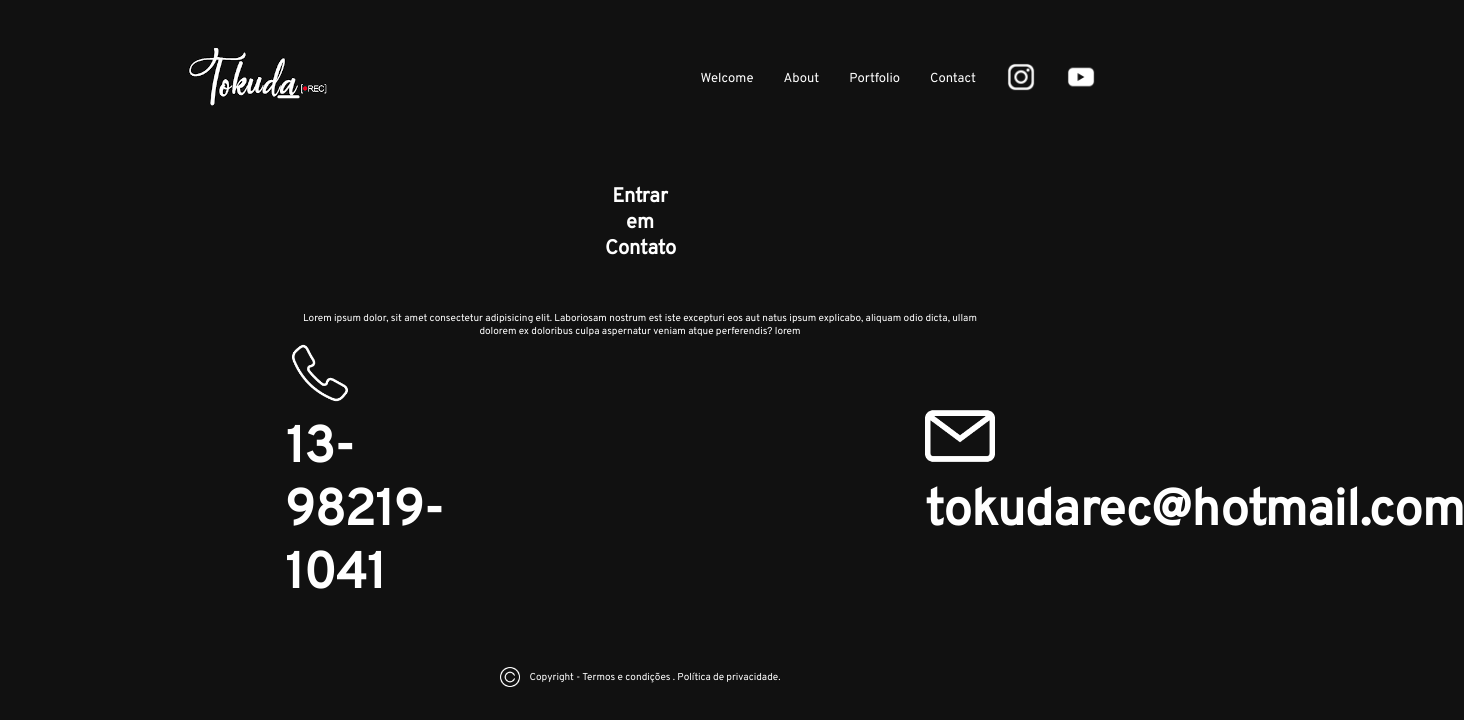
Repository: Lucasbeze/Project-FilmMaker
Page: projeto-alex/pages/contact.html
An editor plug-in stored every save of this project. The page is shown before and after the next save, followed by the edit.
The browser window is 1280 px wide. The page is 1464 px wide, then 1280 px, then 1464 px, so the pictures cover 1464 px, including what lies to the right of the window. The pictures show the whole page.

Above is the page before, as saved 2022-08-26 16:24:46.

After the next save:
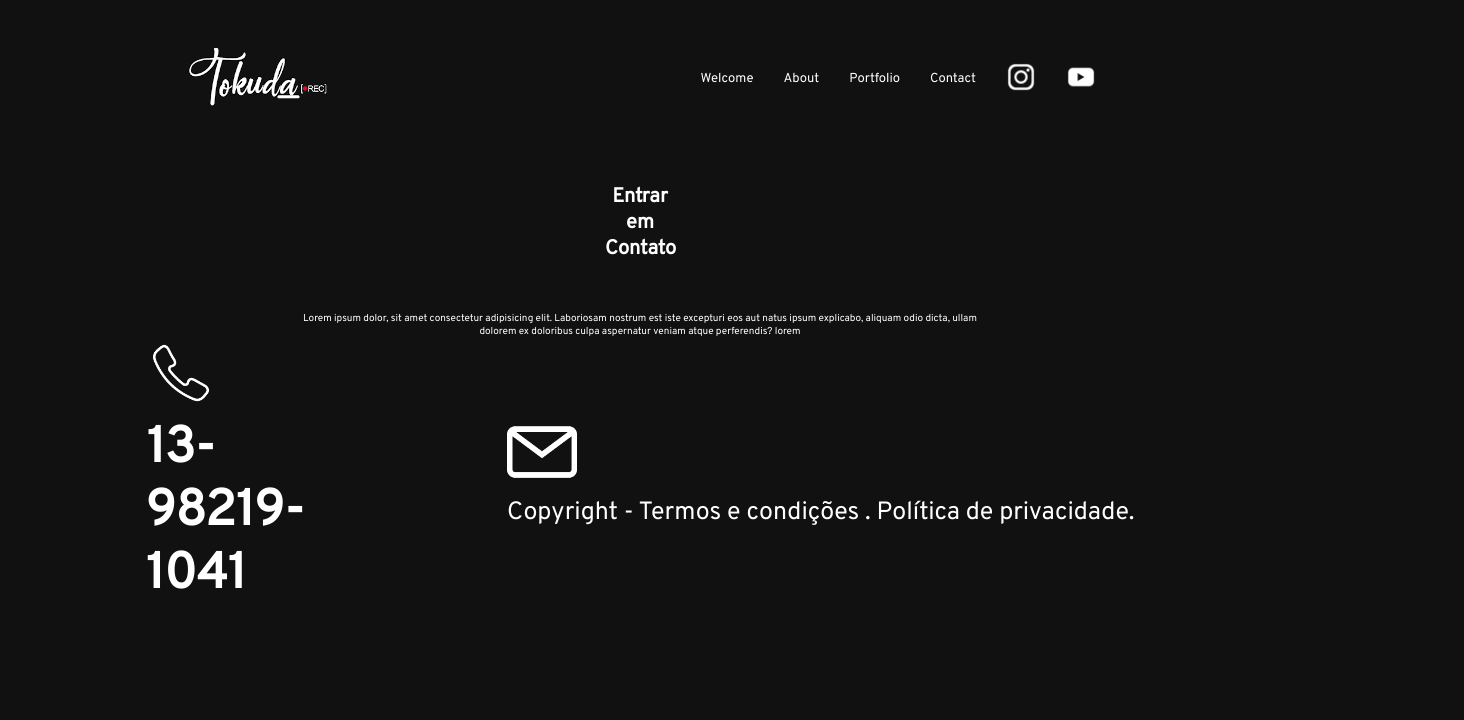
Saved 22 s later.
--- a/projeto-alex/pages/contact.html
+++ b/projeto-alex/pages/contact.html
@@ -34,7 +34,7 @@
       </div>
       <div class="email">
 
-        <img src="../imagens/o-email.png" alt="">
+        <img src="../imagens/o-email.png" alt="icone-email>
 
         <h1>tokudarec@hotmail.com</h1>
       </div>

After the save that followed:
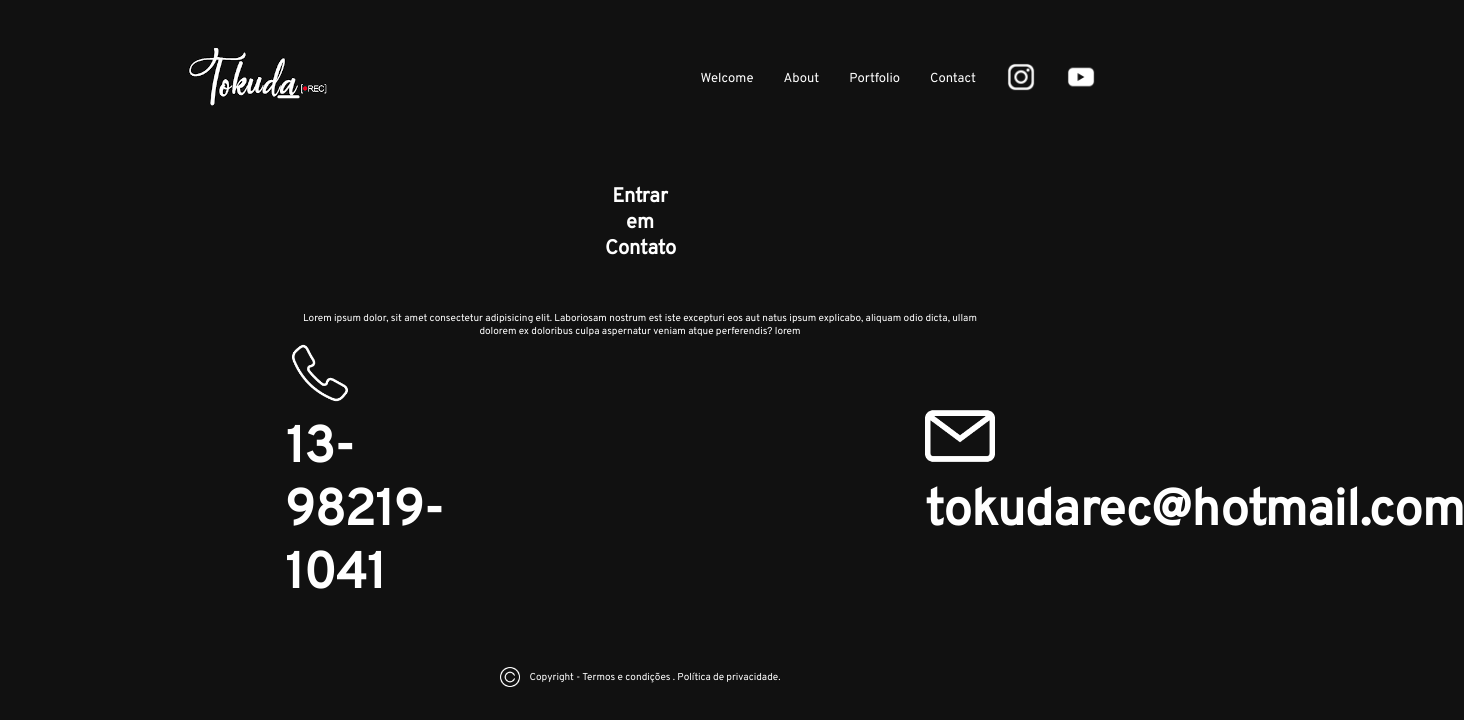
Saved 41 s later.
--- a/projeto-alex/pages/contact.html
+++ b/projeto-alex/pages/contact.html
@@ -34,7 +34,7 @@
       </div>
       <div class="email">
 
-        <img src="../imagens/o-email.png" alt="icone-email>
+        <img src="../imagens/o-email.png" alt="">
 
         <h1>tokudarec@hotmail.com</h1>
       </div>
